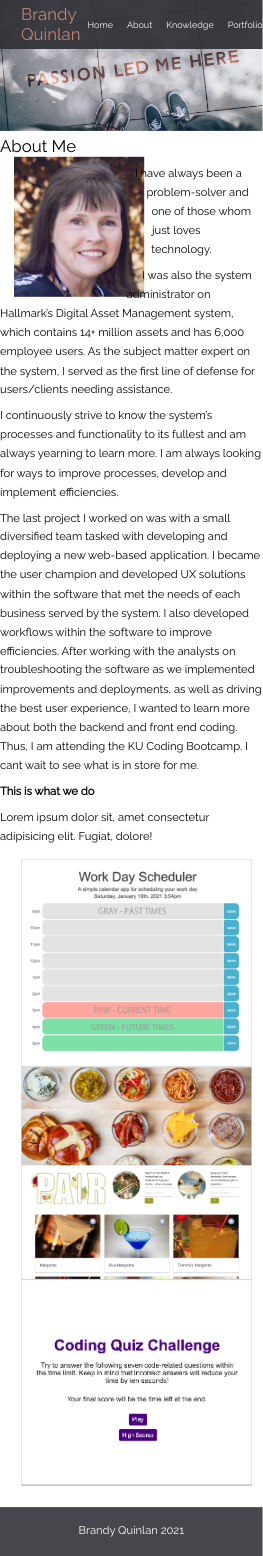
Repository: brandyquinlan/brandyquinlan
Page: index.html
These files come from the project's save history. The page is drawn as it stood at one moment and after the next save; the edit follows.
The browser window is 375 px wide. The pictures show the whole page, at 70% of full size.
Some web libraries are served in a nearby version.

Above is the page before, as saved 2021-02-05 21:17:56.

### index.html
<!DOCTYPE html>
<html lang="en">

<head>
    <meta charset="UTF-8">
    <meta name="viewport" content="width=device-width, initial-scale=1.0">
    <link href="https://fonts.googleapis.com/css2?family=Roboto" rel="stylesheet">
    <link href="https://fonts.googleapis.com/css2?family=Raleway" rel="stylesheet">

    <link rel="stylesheet" href="https://cdnjs.cloudflare.com/ajax/libs/font-awesome/5.13.0/css/all.min.css" integrity="sha256-h20CPZ0QyXlBuAw7A+KluUYx/3pK+c7lYEpqLTlxjYQ=" crossorigin="anonymous" />
    <link rel="stylesheet" href="css/style.css">
    <title>Quinlan Portfolio</title>
</head>

<body id="home">
    <header class="hero">
        <div id="navbar" class="navbar">
            <h1 class="name">Brandy Quinlan</h1>
            <nav>
                <ul>
                    <li><a href="#home">Home</a></li>
                    <li><a href="#about">About</a></li>
                    <li><a href="#knowledge">Knowledge</a></li>
                    <li><a href="portfolio.html">Portfolio</a></li>
                    <li><a href="contact.html">Contact</a></li>
                </ul>
            </nav>
        </div>
        <section class="container">
            <img src="img/ian-schneider-TamMbr4okv4-unsplash.png" alt="" class="no-repeat  center center/cover">
        </section>
        <!-- <div id="content">
            <h1>My Slogan</h1>
            <p>Lorem ipsum dolor sit amet, consectetur adipisicing elit. Delectus, molestiae.</p>
        </div> -->
    </header>

    <!-- About -->
    <section id="aboutMe">
        <h1>About Me</h1>
        <div id="aboutRow1">

            <img class="float-left img-fluid mr-4 w-25" src="img/Me_copy.png" alt="Brandy Quinlan">
        </div>
        <p>
            I have always been a problem-solver and one of those whom just loves technology.
        </p>
        <p>
            I was also the system administrator on Hallmark’s Digital Asset Management system, which contains 14+ million assets and has 6,000 employee users. As the subject matter expert on the system, I served as the first line of defense for users/clients needing
            assistance.
        </p>
        <p> I continuously strive to know the system’s processes and functionality to its fullest and am always yearning to learn more. I am always looking for ways to improve processes, develop and implement efficiencies.
        </p>
        <p>
            The last project I worked on was with a small diversified team tasked with developing and deploying a new web-based application. I became the user champion and developed UX solutions within the software that met the needs of each business served by the
            system. I also developed workflows within the software to improve efficiencies. After working with the analysts on troubleshooting the software as we implemented improvements and deployments, as well as driving the best user experience, I
            wanted to learn more about both the backend and front end coding. Thus, I am attending the KU Coding Bootcamp. I cant wait to see what is in store for me.
        </p>

    </section>
    <!-- Portfolio Gallery -->
    <section class="projects flex-grid section-padding">
        <header class="section-header">
            <h4>This is what we do</h4>
            <p>
                Lorem ipsum dolor sit, amet consectetur adipisicing elit. Fugiat, dolore!
            </p>
        </header>
        <div class="row">
            <div class="projectsGallery">

                <a href="https://brandyquinlan.github.io/HW05_Day_Planner/" target=”_blank”>
                    <img src="img/day_planner.png" alt="" />
                </a>
                <a href="https://brandyquinlan.github.io/PAIR/" target=”_blank”>
                    <img src="/img/PAIR.png" alt="" />
                </a>
                <a href="https://brandyquinlan.github.io/HW04_Coding_Quiz/" target=”_blank”>
                    <img src="img/code-quiz.png" alt="Code Quiz Project" />
                </a>
                <a href="">
                    <img src="" alt="" />
                </a>
            </div>
    </section>
    <footer>
        <div>
            <p>Brandy Quinlan 2021</p>
        </div>
    </footer>

</body>

</html>

### css/style.css
        * {
            box-sizing: border-box;
            margin: 0;
            padding: 0;
        }
        /* Base Styles */

        body {
            font-family: 'Raleway', sans-serif;
            background: #fff;
            /* color: #333; */
            line-height: 1.7;
        }

        h1,
        h2 {
            font-weight: 250;
            font-size: 1.5rem;
            line-height: 1.2;
        }

        ul {
            list-style: none;
        }

        p {
            margin: 10px 0;
        }

        a {
            text-decoration: none;
            color: #333;
        }

        img {
            max-width: 100%;
        }
        /* Header */

        header h1 {
            color: #bf8273;
            padding-left: 10px;
        }
        /* Navbar */

        #navbar {
            display: flex;
            align-items: center;
            justify-content: space-between;
            width: 100%;
            height: 70px;
            position: fixed;
            top: 0px;
            background: #333339;
            color: #fff;
            opacity: .8;
            padding: 0 20px;
        }

        #navbar a {
            color: #fff;
            padding: 10px 10px;
            font-size: .8rem;
        }

        #navbar a:hover {
            color: #a35a4e;
        }

        #navbar ul {
            display: flex;
        }
        /* About */

        #about {
            border: 30px #5b8f9c solid;
            padding: 30px 80px;
            background: #f4f4f4;
            color: #333;
            /* background: #99999d;
            color: #fff; */
            font-size: .9rem;
        }

        #about h1 {
            color: #e6978a;
            padding-bottom: 20px;
        }

        #aboutRow1 {
            float: left;
            /* padding: 20px; */
            justify-content: space-between;
            margin: 0 20px;
            shape-outside: circle();
        }

        #about img {
            border-radius: 50%;
            margin-right: 50px;
            width: 150px;
            height: 150px;
        }
        /* Knowledge */

        #knowledge h1 {
            /* border-top: #99999d 5px solid; */
            color: #e6978a;
            /* font-weight: bolder; */
            padding: 20px 0 0 80px;
            background: #fff;
        }

        .blocks {
            position: relative;
            top: 15px;
            height: 260px;
            font-size: .9rem;
            background: #f4f4f4;
            border: #ccc 1px dashed;
        }

        .box {
            float: left;
            width: 30%;
            padding: 50px 30px 30px;
            text-align: center;
        }

        .box i {
            margin-bottom: 10px;
        }

        .blocks #box2 {
            background: #e6978a;
            color: #fff;
            height: 260px;
            width: 40%;
            /* position: relative;
            top: -10px; */
        }

        .blocks p {
            margin-bottom: 25px;
        }

        .blocks .btn {
            background: #333;
            color: #fff;
            padding: 5px 15px;
            margin-top: 15px;
            cursor: pointer;
        }

        .blocks .btn:hover {
            opacity: .8;
        }
        /* Projects */

        .projectsGallery {
            padding: 10px 5px 20px 30px;
            display: flex;
            justify-content: space-around;
            align-items: center;
        }

        .projects img {
            border: #ccc 1px solid;
            width: 30vw;
        }

        .projectsGallery p {
            background: #e6978a;
        }

        .projects h1 {
            justify-content: center;
            color: #e6978a;
            padding: 40px 0 0 80px;
        }
        /* Contact */
        /* .form-group {
            align-items: center;
        } */

        #contact {
            display: flex;
            justify-content: space space-between;
            width: 100%;
            max-width: 1920px;
            margin-top: 40px;
            padding: 20px 80px;
            background: #99999d;
            color: #fff;
            font-size: .9rem;
        }

        #contact .column2 {
            width: 40vw;
            align-items: center;
            margin-left: 40px;
            padding: 25px;
            font-size: .9rem;
            border: 15px solid #67a5b4;
        }

        #contact form {
            width: 40vw;
            outline-color: #e6978a;
        }

        #contact input {
            /* display: inline-block;
            flex-direction: column; */
            width: 100%;
            /* margin: 5px 0 0 0; */
            padding: 5px;
            outline: none;
            outline-color: #e6978a;
            /* border-top-style: hidden;
            border-right-style: hidden; */
            border-style: hidden;
            /* border-bottom-style: groove; */
        }

        #contact label {
            /* display: inline-block; */
            margin-bottom: 5px;
            outline-color: #e6978a;
        }

        #contact textarea {
            height: 60px;
            width: 100%;
            outline-color: #e6978a;
            border-style: hidden;
        }

        #contact .btn {
            border-style: hidden;
            text-align: center;
            background: #e6978a;
            width: 30%;
            margin: 5px 0 5px 0;
            padding: 5px;
            color: #333339;
            /* outline: none; */
            /* background: #e6978a; */
            /* outline: none; */
        }

        #contact h1 {
            padding-top: 5px;
        }
        /* Footer */

        footer {
            background: #333339;
            opacity: .9;
            height: 70px;
        }

        footer p {
            display: flex;
            align-items: center;
            justify-content: center;
            color: #fff;
            padding-top: 20px;
        }

        @media(max-width:768px) {
            .projects h1,
            #knowledge h1 {
                padding: 40px 0 0 35px;
            }
            .box {
                padding: 30px;
                text-align: center;
            }
        }

        @media(max-width:500px) {
            #navbar {
                opacity: .95;
            }
            .projects h1,
            #knowledge h1 {
                padding: 40px 0 0 35px;
            }
            .box {
                padding: 30px;
                text-align: center;
            }
            .projectsGallery {
                display: flex;
                display: block;
                margin: auto;
                padding: 10px 15px 20px 30px;
                /* flex-direction: column; */
                /* justify-content: space-around; */
                /* align-items: center; */
            }
            .projects img {
                border: #ccc 1px solid;
                width: 100%;
                display: block;
            }
        }

After the next save:
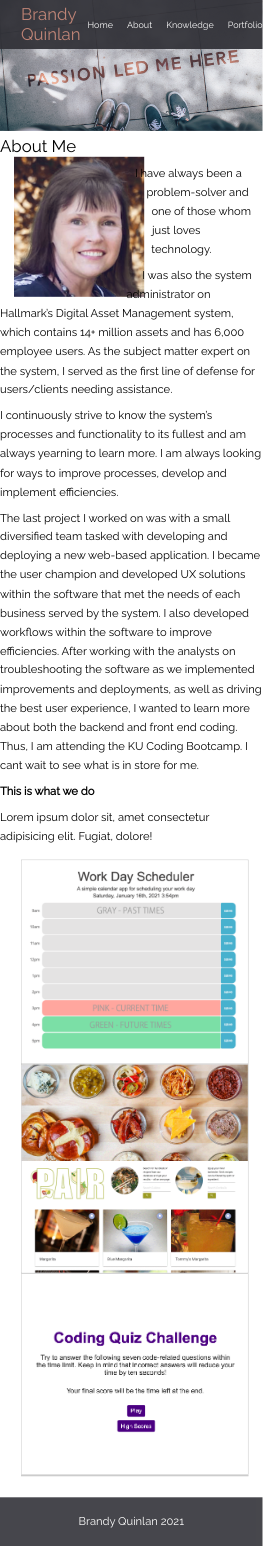
Saved 10 s later.
--- a/css/style.css
+++ b/css/style.css
@@ -294,8 +294,8 @@
             .projectsGallery {
                 display: flex;
                 display: block;
-                margin: auto;
-                padding: 10px 15px 20px 30px;
+                /* margin: auto; */
+                padding: 10px 20px 20px 30px;
                 /* flex-direction: column; */
                 /* justify-content: space-around; */
                 /* align-items: center; */
